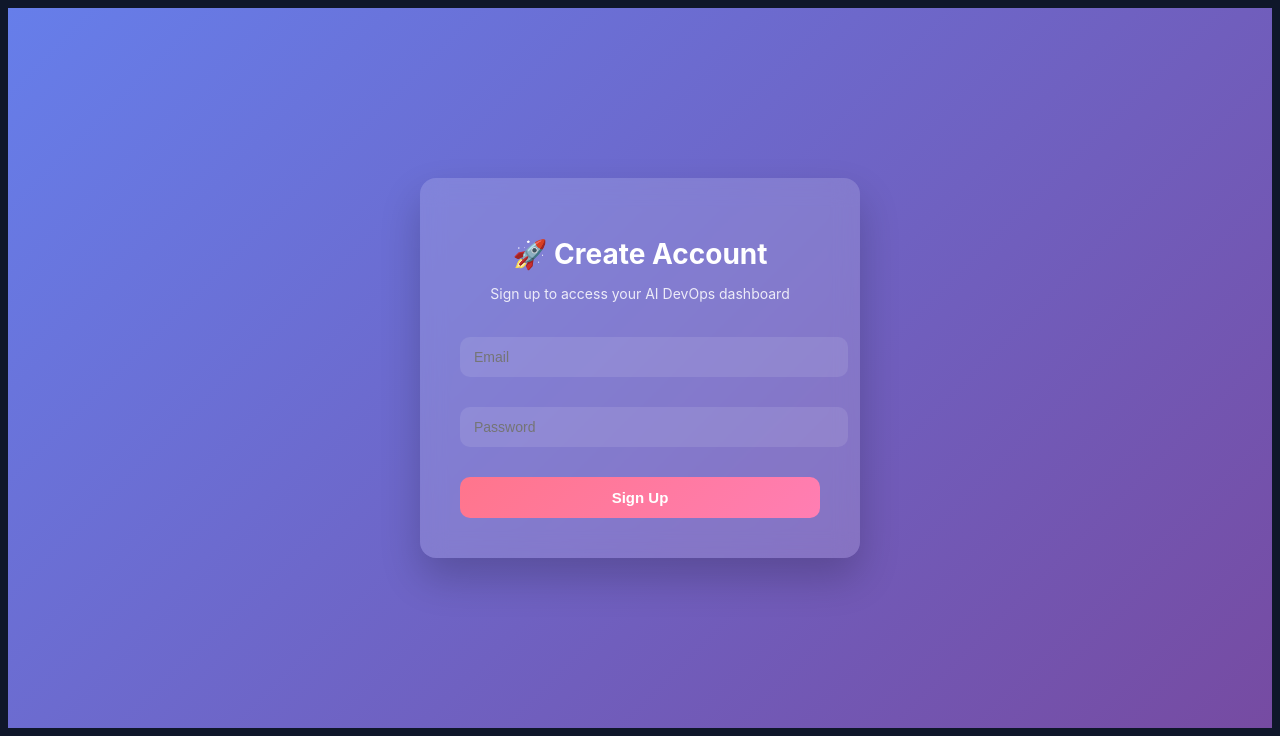
Repository: kundanchouhan12/DevX-Ai-Powered-Devops-Assistant-GenAi-LLM
Page: /signup (app in frontend/)
The author's editor kept a copy of each file at every save. The page is drawn from the files as they stood at one save, then again after the next save.
The browser window is 1280 px wide. The pictures show the whole page.
The page's requests for data from a server got no answer. The project was rebuilt for these pictures with package versions that can differ from the ones it lists, and the page was loaded fresh each time. No one was signed in, and anything a server would have sent is missing. Also part of the build but not shown: frontend/vite.config.js, frontend/src/pages/Home.jsx, frontend/src/pages/Dashboard.jsx, frontend/src/pages/Login.jsx, frontend/src/components/PrivateRoute.jsx.

Above is the page before, as saved 2026-01-31 14:00:20.

After the next save:
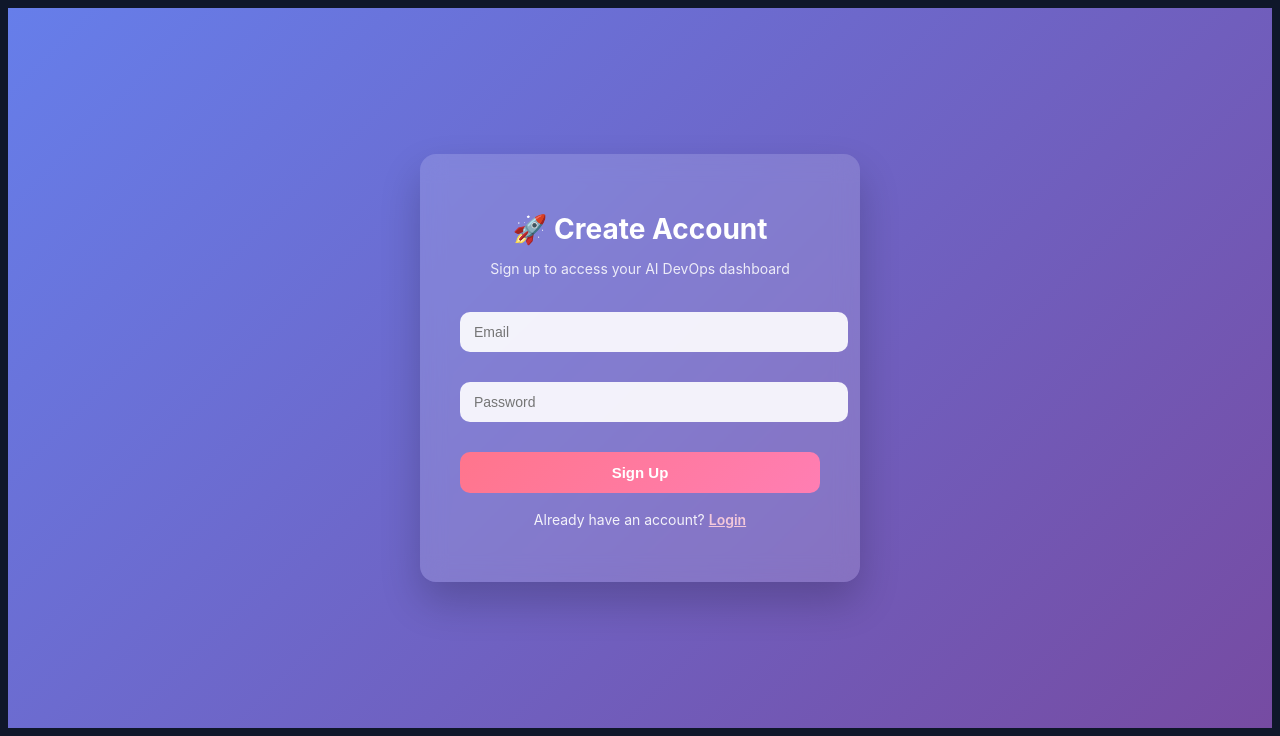
Saved 47 s later.
--- a/frontend/src/pages/Signup.jsx
+++ b/frontend/src/pages/Signup.jsx
@@ -11,7 +11,7 @@ export default function Signup() {
     try {
       const res = await signup(email, password);
       localStorage.setItem("token", res.data.token);
-      navigate("/"); // redirect after signup
+      navigate("/");
     } catch (err) {
       console.error(err);
       alert(err.response?.data.error || "Signup failed");
@@ -31,6 +31,7 @@ export default function Signup() {
           onChange={(e) => setEmail(e.target.value)}
           style={inputStyle}
         />
+
         <input
           type="password"
           placeholder="Password"
@@ -42,6 +43,14 @@ export default function Signup() {
         <button style={buttonStyle} onClick={handleSignup}>
           Sign Up
         </button>
+
+        {/* LOGIN LINK */}
+        <p style={footerText}>
+          Already have an account?{" "}
+          <span style={linkStyle} onClick={() => navigate("/login")}>
+            Login
+          </span>
+        </p>
       </div>
     </div>
   );
@@ -88,9 +97,8 @@ const inputStyle = {
   outline: "none",
   fontSize: "14px",
   marginBottom: "20px",
-  backgroundColor: "rgba(255,255,255,0.1)",
-  color: "#fff",
-  transition: "0.3s",
+  backgroundColor: "rgba(255,255,255,0.9)", // ✅ white bg
+  color: "#000",                           // ✅ black text
 };
 
 const buttonStyle = {
@@ -103,6 +111,18 @@ const buttonStyle = {
   fontSize: "15px",
   color: "#fff",
   background: "linear-gradient(135deg, #ff758c, #ff7eb3)",
-  transition: "transform 0.2s ease, box-shadow 0.2s ease",
   marginTop: "10px",
 };
+
+const footerText = {
+  marginTop: "18px",
+  fontSize: "14px",
+  opacity: 0.9,
+};
+
+const linkStyle = {
+  color: "#ffd1dc",
+  fontWeight: "600",
+  cursor: "pointer",
+  textDecoration: "underline",
+};
